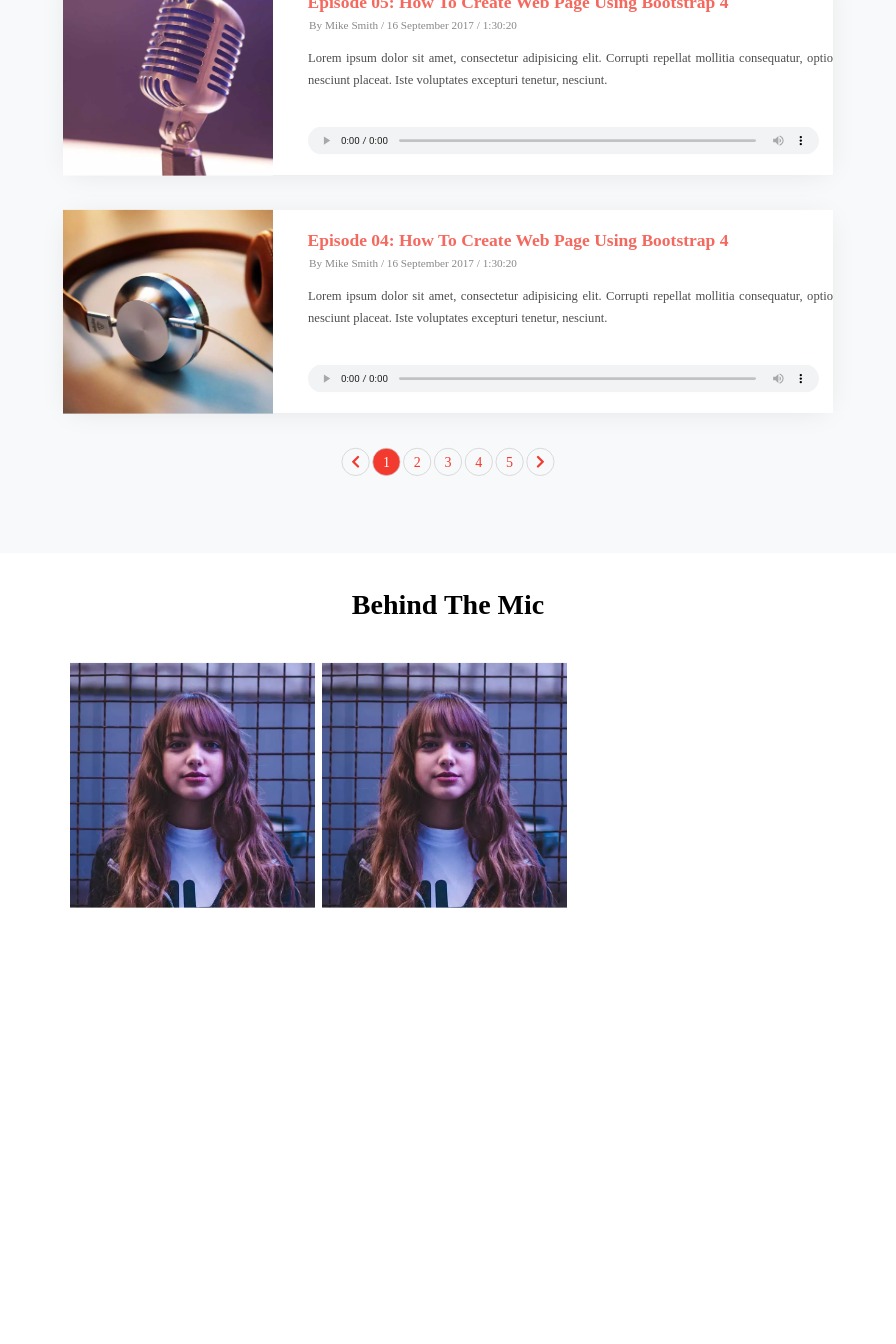
Repository: nhutduy0803/template2
Page: index.html
The author's editor kept a copy of each file at every save. The page is drawn from the files as they stood at one save, then again after the next save.
The browser window is 1280 px wide. The pictures show the part of the page from y = 2077 to 3997 px (the page is 3997 px tall), at 70% of full size.

Above is the page before, as saved 2021-12-09 14:32:10.

After the next save:
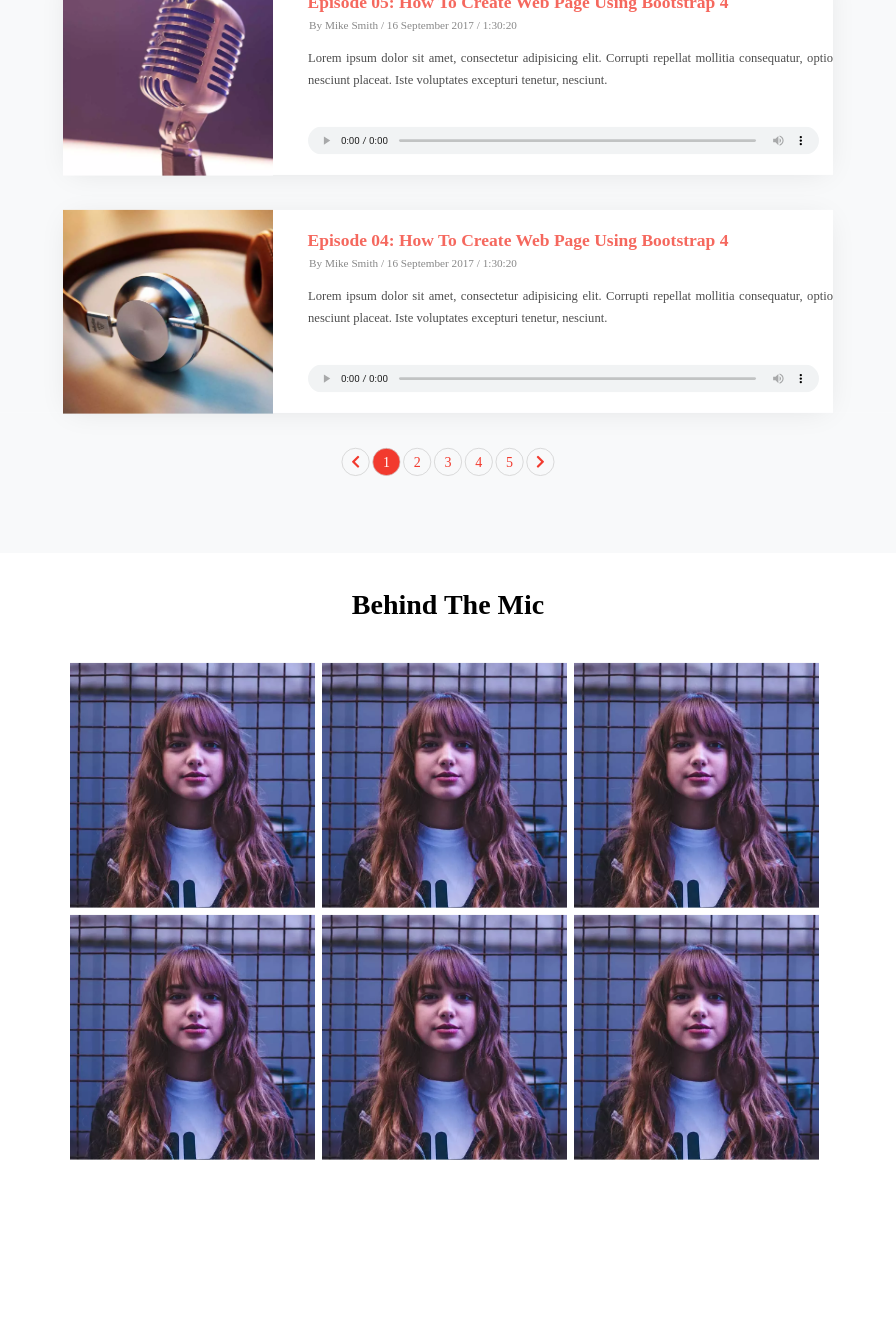
Saved 11 s later.
--- a/index.html
+++ b/index.html
@@ -164,6 +164,18 @@
         <div class="picture-behind">
           <img src="./assets/css/img/behind1.webp" alt="" />
         </div>
+        <div class="picture-behind">
+          <img src="./assets/css/img/behind1.webp" alt="" />
+        </div>
+        <div class="picture-behind">
+          <img src="./assets/css/img/behind1.webp" alt="" />
+        </div>
+        <div class="picture-behind">
+          <img src="./assets/css/img/behind1.webp" alt="" />
+        </div>
+        <div class="picture-behind">
+          <img src="./assets/css/img/behind1.webp" alt="" />
+        </div>
       </div>
       <!-- <div class="container-behind">
         <div class="picture-behind">
